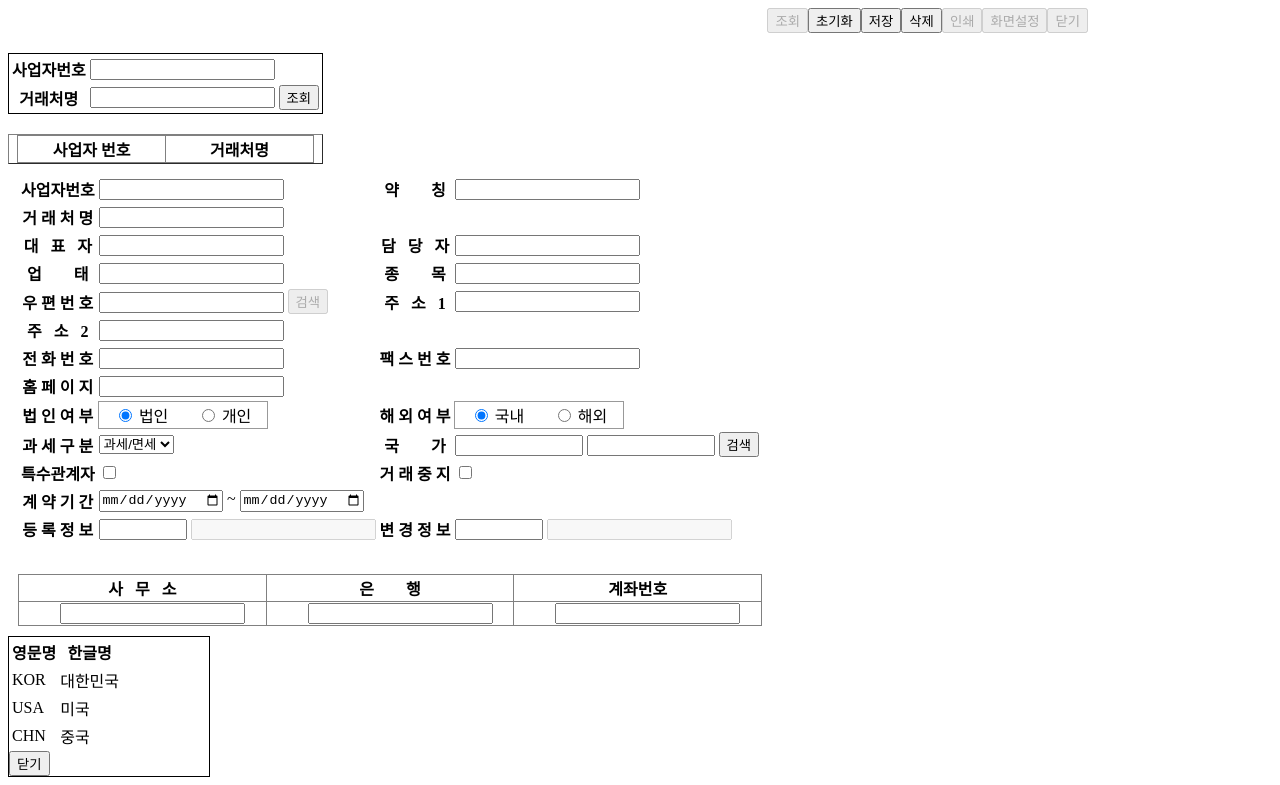
Repository: Chocobe/-practice-FrontSide-Tip
Page: http://localhost/wishTestProject/views/accountManager/accountManagerView.jsp
An editor plug-in stored every save of this project. The page is shown before and after the next save, followed by the edit.
The browser window is 1280 px wide. The pictures show the whole page.
The page is served by Tomcat 9. Nobody is signed in. The application's start-up code is not run. Other server files are loaded and not shown.

Above is the page before, as saved 2020-02-27 08:02:14.

### wishTest/wishTestProject/WebContent/views/accountManager/accountManagerView.jsp
<%@page import="java.util.Date"%>
<%@page import="java.io.File"%>
<%@ page
	language="java"
	contentType="text/html;charset=UTF-8"
	pageEncoding="UTF-8"

	info="거래처 관리 페이지"
%>

<%@ taglib prefix="c" uri="http://java.sun.com/jsp/jstl/core" %>

<c:set var="contextPath" value="<%= request.getContextPath() %>"/>


<%
	String accountManagerView_css = application.getRealPath("/css/accountManager/accountManagerView.css");
	File accountManagerView_css_file = new File(accountManagerView_css);
	Date accountManagerView_css_ver = new Date(accountManagerView_css_file.lastModified());

	String accountManagerView_js = application.getRealPath("/js/accountManager/accountManagerView.js");
	File accountManagerView_js_file = new File(accountManagerView_js);
	Date accountManagerView_js_ver = new Date(accountManagerView_js_file.lastModified());
%>

<c:set var="accountManagerView_css_ver" value="<%= accountManagerView_css_ver %>"/>
<c:set var="accountManagerView_js_ver" value="<%= accountManagerView_js_ver %>"/>


<!DOCTYPE html>
<html lang="ko">
    <head>
        <meta charset="UTF-8">
        <title>거래처 관리</title>

        <link href="${contextPath}/css/accountManager/accountManagerView.css?ver=${accountManagerView_css_ver}" rel="stylesheet" type="text/css">
    </head>

    <body>
        <div class="wrap">
            <!-- 버튼 컨테이너 -->
            <div class="buttonContainer">
                <input type="button" class="search" value="조회" disabled>
                <input type="button" class="init" value="초기화" onclick="initPage(`${contextPath}`);">
                <input type="button" class="insert" value="저장" onclick="insertData(`${contextPath}`);">
                <input type="button" class="delete" value="삭제" onclick="deleteData(`${contextPath}`);">
                <input type="button" class="print" value="인쇄" disabled>
                <input type="button" class="config" value="화면설정" disabled>
                <input type="button" class="close" value="닫기" disabled>
            </div>


            <!-- 검색 컨테이너 -->
            <div class="searchContainer">
                <!-- 검색창 -->
                <div class="searchInnerContainer">
                    <table>
                        <tr>
                            <th>사업자번호</th>

                            <td>
                                <input type="text" name="voBusiNum" class="searchVoBusiNum">
                            </td>

                            <td></td>
                        </tr>

                        <tr>
                            <th>거래처명</th>

                            <td>
                                <input type="text" name="voCustom" class="searchVoCustom">
                            </td>

                            <td>
                                <input type="submit" value="조회" onclick="searchData(`${contextPath}`);">
                            </td>
                        </tr>
                    </table>
                </div>


                <!-- 검색 결과창 -->
                <div class="resultContainer">
                    <table border="1" style="border-collapse: collapse">
                        <tr>
                            <th>사업자 번호</th>
                            <th>거래처명</th>
                        </tr>
                    </table>
                </div>
            </div>


            <!-- 입력 컨테이너 -->
            <!-- "저장"버튼 - js로 submit() -->
            <div class="insertContainer">
                <form class="insertForm" action="${contextPath}/insertCustom.do" method="POST">
                    <table>
                        <tr>
                            <th>사업자번호</th>

                            <td>
                                <input type="text" name="voBusiNum" class="voBusiNum">
                                <input type="hidden" name="voBusiNumOrigin" class="voBusiNumOrigin">
                            </td>


                            <th>약&nbsp;&nbsp;&nbsp;&nbsp;&nbsp;&nbsp;&nbsp;&nbsp;칭</th>

                            <td>
                                <input type="text" name="voShort" class="voShort">
                            </td>
                        </tr>

                        <tr>
                            <th>거 래 처 명</th>

                            <td colspan="4">
                                <input type="text" name="voCustom" class="voCustom longBox">
                            </td>
                        </tr>

                        <tr>
                            <th>대&nbsp;&nbsp;&nbsp;표&nbsp;&nbsp;&nbsp;자</th>

                            <td>
                                <input type="text" name="voCEO" class="voCEO">
                            </td>


                            <th>담&nbsp;&nbsp;&nbsp;당&nbsp;&nbsp;&nbsp;자</th>

                            <td>
                                <input type="text" name="voChargePerson" class="voChargePerson">
                            </td>
                        </tr>

                        <tr>
                            <th>업&nbsp;&nbsp;&nbsp;&nbsp;&nbsp;&nbsp;&nbsp;&nbsp;태</th>

                            <td>
                                <input type="text" name="voBusiCondition" class="voBusiCondition">
                            </td>


                            <th>종&nbsp;&nbsp;&nbsp;&nbsp;&nbsp;&nbsp;&nbsp;&nbsp;목</th>

                            <td>
                                <input type="text" name="voItem" class="voItem">
                            </td>
                        </tr>

                        <tr>
                            <th>우 편 번 호</th>

                            <td>
                                <input type="text" name="voPostNum" class="voPostNum">
                                <input type="button" class="postSearchButton" value="검색" disabled>
                            </td>

                            <th>주&nbsp;&nbsp;&nbsp;소&nbsp;&nbsp;&nbsp;1</th>

                            <td>
                                <input type="text" name="voAddr1" class="voAddr1">
                            </td>
                        </tr>

                        <tr>
                            <th>주&nbsp;&nbsp;&nbsp;소&nbsp;&nbsp;&nbsp;2</th>

                            <td colspan="3">
                                <input type="text" name="voAddr2" class="voAddr2">
                            </td>
                        </tr>

                        <tr>
                            <th>전 화 번 호</th>

                            <td>
                                <input type="text" name="voTEL" class="voTEL">
                            </td>

                            <th>팩 스 번 호</th>

                            <td>
                                <input type="text" name="voFAX" class="voFAX">
                            </td>
                        </tr>

                        <tr>
                            <th>홈 페 이 지</th>

                            <td colspan="3">
                                <input type="text" name="voHomePage" class="voHomePage">
                            </td>
                        </tr>

                        <tr>
                            <th>법 인 여 부</th>

                            <td class="alignTD" style="border: 1px solid #999;">
                                <div class="radioWrap">
                                    <input type="radio" name="voCoYN" class="voCoYN voCoYN_Y" id="voCoYN_L" value="Y" checked>
                                    <label for="voCoYN_L">법인</label>
                                </div>

                                <div class="radioWrap">
                                    <input type="radio" name="voCoYN" class="voCoYN voCoYN_N" id="voCoYN_P" value="N">
                                    <label for="voCoYN_P">개인</label>
                                </div>
                            </td>

                            <th>해 외 여 부</th>

                            <td class="alignTD" style="border: 1px solid #999;">
                                <div class="radioWrap">
                                    <input type="radio" name="voForeignYN" class="voForeignYN voForeignYN_N" id="voForeignYN_L" value="N" checked>
                                    <label for="voForeignYN_L">국내</label>
                                </div>

                                <div class="radioWrap">
                                    <input type="radio" name="voForeignYN" class="voForeignYN voForeignYN_Y" id="voForeignYN_P" value="Y">
                                    <label for="voForeignYN_P">해외</label>
                                </div>
                            </td>
                        </tr>

                        <tr>
                            <th>과 세 구 분</th>

                            <td>
                                <select name="voTaxYN" class="voTaxYN">
                                    <option value="Y" selected>과세/면세</option>
                                    <option value="N">비과세</option>
                                </select>
                            </td>

                            <th>국&nbsp;&nbsp;&nbsp;&nbsp;&nbsp;&nbsp;&nbsp;&nbsp;가</th>

                            <td>
                                <!-- 수정불가로 변경할 것 -->
                                <input type="text" name="voCountryENG" class="voCountryENG">
                                <input type="text" name="voCountryKOR" class="voCountryKOR">

                                <!-- js로 국가 목록 출력 & 위의 입력값에 대입 -->
                                <input type="button" value="검색" onclick="">
                            </td>
                        </tr>

                        <tr>
                            <th>특수관계자</th>

                            <td>
                                <input type="checkbox" name="voSpecialRelation" class="voSpecialRelation" value="Y">
                            </td>

                            <th>거 래 중 지</th>

                            <td>
                                <input type="checkbox" name="voTradeStop" class="voTradeStop" value="Y">
                            </td>
                        </tr>

                        <tr>
                            <th>계 약 기 간</th>

                            <td colspan="3">
                                <input type="date" name="voContractPeriod_S" class="voContractPeriod_S">
                                ~
                                <input type="date" name="voContractPeriod_E" class="voContractPeriod_E">
                            </td>
                        </tr>

                        <tr>
                            <th>등 록 정 보</th>

                            <td>
                                <input type="text" name="voRegiInfoMan" class="voRegiInfoMan">
                                <input type="text" name="voRegiInfoDate" class="voRegiInfoDate" disabled>
                            </td>

                            <th>변 경 정 보</th>

                            <td>
                                <input type="text" name="voModiInfoMan" class="voModiInfoMan">
                                <input type="text" name="voModiInfoDate" class="voModiInfoDate" disabled>
                            </td>
                        </tr>
                    </table>


                    <!-- 거래처 계좌정보 -->
                    <table class="accountInfoTable" border="1" style="border-collapse: collapse;">
                        <tr>
                            <th>사&nbsp;&nbsp;&nbsp;무&nbsp;&nbsp;&nbsp;소</th>
                            <th>은&nbsp;&nbsp;&nbsp;&nbsp;&nbsp;&nbsp;&nbsp;&nbsp;행</th>
                            <th>계좌번호</th>
                        </tr>

                        <tr>
                            <td>
                                <input type="text" name="voFactory" class="voFactory">
                            </td>

                            <td>
                                <input type="text" name="voTradeBank" class="voTradeBank">
                            </td>

                            <td>
                                <input type="text" name="voAccountNum" class="voAccountNum">
                            </td>
                        </tr>
                    </table>
                </form>
            </div>
        </div>



        <div class="countryPop">
            <table>
                <tr>
                    <th>영문명</th>
                    <th>한글명</th>
                </tr>

                <tr>
                    <td>KOR</td>
                    <td>대한민국</td>
                </tr>

                <tr>
                    <td>USA</td>
                    <td>미국</td>
                </tr>

                <tr>
                    <td>CHN</td>
                    <td>중국</td>
                </tr>
            </table>

            <input type="button" class="countryPopCloseButton" value="닫기" onclick="">
        </div>


        <script src="http://code.jquery.com/jquery-latest.min.js"></script>
        <script src="${contextPath}/js/accountManager/accountManagerView.js?ver=${accountManagerView_js_ver}" type="text/javascript"></script>
    </body>
</html>

### wishTest/wishTestProject/WebContent/css/accountManager/accountManagerView.css
@charset "UTF-8";

/* .wrap */
    .wrap {
        width: 1080px;

        display: flex;
        flex-flow: row wrap;

        position: relative;
    }


/* .buttonContainer */
    .buttonContainer {
        width: 100%;

        margin-bottom: 20px;

        display: flex;
        flex-flow: row wrap;
        justify-content: flex-end;
    }


/* .searchContainer */
    .searchContainer {
        margin-right: 10px;
        position: relative;
    }


    /* .searchInnerContainer */
    .searchContainer .searchInnerContainer {
        border: 1px solid #000;

        margin-bottom: 20px;
    }


    /* .resultContainer */
    .searchContainer .resultContainer {
    }

    .searchContainer .resultContainer table {
        display: flex;
        justify-content: center;
    }

    .searchContainer .resultContainer table tr th,
    .searchContainer .resultContainer table tr td {
        width: 145px;

        text-align: center;
    }



    .insertContainer .insertForm {
        padding: 10px;

        position: relative;
    }

    .insertContainer .insertForm tr .alignTD {
        width: 166px;

        display: flex;
        flex-flow: row wrap;
        justify-content: space-around;
    }

    .insertContainer .insertForm .voCountryENG,
    .insertContainer .insertForm .voCountryKOR {
        width: 120px;
    }


    /* .accountInfoTable */
    .accountInfoTable {
        width: 100%;

        margin-top: 30px;
    }

    .accountInfoTable tr td input {
        margin-left: 40px;
        text-align: center;
    }

    .voRegiInfoMan,
    .voModiInfoMan {
    	width: 80px;
    }


/* 국가선택 팝업 */
    .countryPop {
    	width: 200px;

    	border: 1px solid #000;

    	display: fixed;
    }

### wishTest/wishTestProject/WebContent/js/accountManager/accountManagerView.js
let parsedJSON = null;
let insertButtonURL;

const insertURL = "/insertAccountManagerData.do";
const updateURL = "/updateAccountManagerData.do";

// 초기화
$(function() {
	insertButtonURL = insertURL;
});


// 입력창 초기화
	function initPage(context) {
		location.href = context + "/accountManagerView.do";
	}


// 거래처 검색버튼 메서드
	function searchData(context) {
		const resultContainerTable = $(".resultContainer").children("table").children("tbody");

		const voBusiNum = $(".searchVoBusiNum").val();
		const voCustom = $(".searchVoCustom").val();

		$.ajax({
			type: "POST",
			async: true,
			url: context + "/searchAccountManagerData.do",
			dataType: "TEXT",
			data: {
				"voBusiNum": voBusiNum,
				"voCustom": voCustom
			},
			success: function(jsonString, status) {
				insertButtonURL = updateURL;

				parsedJSON = JSON.parse(jsonString);
				$(".searchCustomData").remove();

				if(parsedJSON == null) {
					alert("데이터를 찾을 수 없습니다.");
					return;
				}

				const tr = $("<tr>").attr({
					"class": "searchCustomData",
				});
				const newBusiNum = $("<td>").text(parsedJSON.customVO.voBusiNum);
				const newCustom = $("<td>").text(parsedJSON.customVO.voCustom);

				$(tr).dblclick(function() {
					viewTotalData();
					alert(insertButtonURL);
				});


				$(tr).append(newBusiNum);
				$(tr).append(newCustom);

				$(resultContainerTable).append(tr);

				/* 출력형식
	            <tr class="searchCustomData">
	                <td>111-11-11111</td>
	                <td>롯데마트</td>
	            </tr>
	            */
			}
		});
	}


	function viewTotalData() {
		/* CUSTOM 데이터 */
		$(".voBusiNum").val(parsedJSON.customVO.voBusiNum);
		$(".voBusiNumOrigin").val(parsedJSON.customVO.voBusiNum);
		$(".voCustom").val(parsedJSON.customVO.voCustom);
		$(".voShort").val(parsedJSON.customVO.voShort);

		$(".voCEO").val(parsedJSON.customVO.voCEO);
		$(".voChargePerson").val(parsedJSON.customVO.voChargePerson);
		$(".voBusiCondition").val(parsedJSON.customVO.voBusiCondition);
		$(".voItem").val(parsedJSON.customVO.voItem);
		$(".voPostNum").val(parsedJSON.customVO.voPostNum);

		$(".voAddr1").val(parsedJSON.customVO.voAddr1);
		$(".voAddr2").val(parsedJSON.customVO.voAddr2); // jj

		$(".voTEL").val(parsedJSON.customVO.voTEL);
		$(".voFAX").val(parsedJSON.customVO.voFAX);
		$(".voHomePage").val(parsedJSON.customVO.voHomePage);


		const voCoYN = parsedJSON.customVO.voCoYN;
		if(voCoYN == "N") {
			$(".voCoYN_N").prop("checked", true);
		}

		const voForeignYN = parsedJSON.customVO.voForeignYN;
		if(voForeignYN == "Y") {
			$(".voForeignYN_Y").prop("checked", true);
		}

		const voTaxYN = parsedJSON.customVO.voTaxYN;
		if(voTaxYN == "N") {
			$(".voTaxYN").val("N");
		}

		$(".voCountryENG").val(parsedJSON.customVO.voCountryENG);
		$(".voCountryKOR").val(parsedJSON.customVO.voCountryKOR);

		const voSpecialRelation = parsedJSON.customVO.voSpecialRelation;
		if(voSpecialRelation == "Y") {
			$(".voSpecialRelation").prop("checked", true);
		}

		const voTradeStop = parsedJSON.customVO.voTradeStop;
		if(voTradeStop == "Y") {
			$(".voTradeStop").prop("checked", true);
		}

		$(".voContractPeriod_S").val(parsedJSON.customVO.voContractPeriod_S_String);
		$(".voContractPeriod_E").val(parsedJSON.customVO.voContractPeriod_E_String);

		$(".voRegiInfoMan").val(parsedJSON.customVO.voRegiInfoMan);
		$(".voRegiInfoDate").val(parsedJSON.customVO.voRegiInfoDate_String);

		$(".voModiInfoMan").val(parsedJSON.customVO.voModiInfoMan);
		$(".voModiInfoDate").val(parsedJSON.customVO.voModiInfoDate_String);

		/* ACCOUNT 데이터 */
		$(".voFactory").val(parsedJSON.accountVO.voFactory);
		$(".voTradeBank").val(parsedJSON.accountVO.voTradeBank);
		$(".voAccountNum").val(parsedJSON.accountVO.voAccountNum);
	}


// 거래처 데이터 저장버튼 메서드
	function insertData(context) {
		$.ajax({
			type: "POST",
			async: true,
			url: context + insertButtonURL,
			dataType: "TEXT",
			data: {
				"voBusiNum": $(".voBusiNum").val(),
				"voBusiNumOrigin": $(".voBusiNumOrigin").val(),
				"voCustom": $(".voCustom").val(),
				"voShort": $(".voShort").val(),

				"voCEO": $(".voCEO").val(),
				"voChargePerson": $(".voChargePerson").val(),
				"voBusiCondition": $(".voBusiCondition").val(),
				"voItem": $(".voItem").val(),
				"voPostNum": $(".voPostNum").val(),

				"voAddr1": $(".voAddr1").val(),
				"voAddr2": $(".voAddr2").val(),

				"voTEL": $(".voTEL").val(),
				"voFAX": $(".voFAX").val(),
				"voHomePage": $(".voHomePage").val(),

				"voCoYN": $(".voCoYN:checked").val(),
				"voForeignYN": $(".voForeignYN:checked").val(),
				"voTaxYN": $(".voTaxYN").val(),

				"voCountryENG": $(".voCountryENG").val(),
				"voCountryKOR": $(".voCountryKOR").val(),

				"voSpecialRelation": $(".voSpecialRelation:checked").val(),
				"voTradeStop": $(".voTradeStop:checked").val(),

				"voContractPeriod_S": $(".voContractPeriod_S").val(),
				"voContractPeriod_E": $(".voContractPeriod_E").val(),

				"voRegiInfoMan": $(".voRegiInfoMan").val(),
				"voRegiInfoDate": $(".voRegiInfoDate").val(),
				"voModiInfoMan": $(".voModiInfoMan").val(),
				"voModiInfoDate": $(".voModiInfoDate").val(),

				"voFactory": $(".voFactory").val(),
				"voTradeBank": $(".voTradeBank").val(),
				"voAccountNum": $(".voAccountNum").val()
			},
			success: function(result, status) {
				if(result == 1) {
					alert("데이터 저장 완료");

				} else {
					alert("데이터 저장 실패...");
				}

				location.href = context + "/accountManagerView.do";
			}
		});
	}


// 거래처 데이터 삭제버튼 메서드
	function deleteData(context) {
		const voBusiNum = $(".voBusiNum").val();

		$.ajax({
			type: "POST",
			async: true,
			url: context + "/deleteAccountManagerData.do",
			dataType: "TEXT",
			data: {
				"voBusiNum": voBusiNum
			},
			success: function(resultValue, status) {
				if(resultValue > 0) {
					alert(voBusiNum + " 데이터가 삭제 되었습니다.");
					location.href = context + "/accountManagerView.do";

				} else {
					alert(voBusiNum + " (은)는 존재하지 않는 데이터 입니다.");
				}
			}
		});
	}

After the next save:
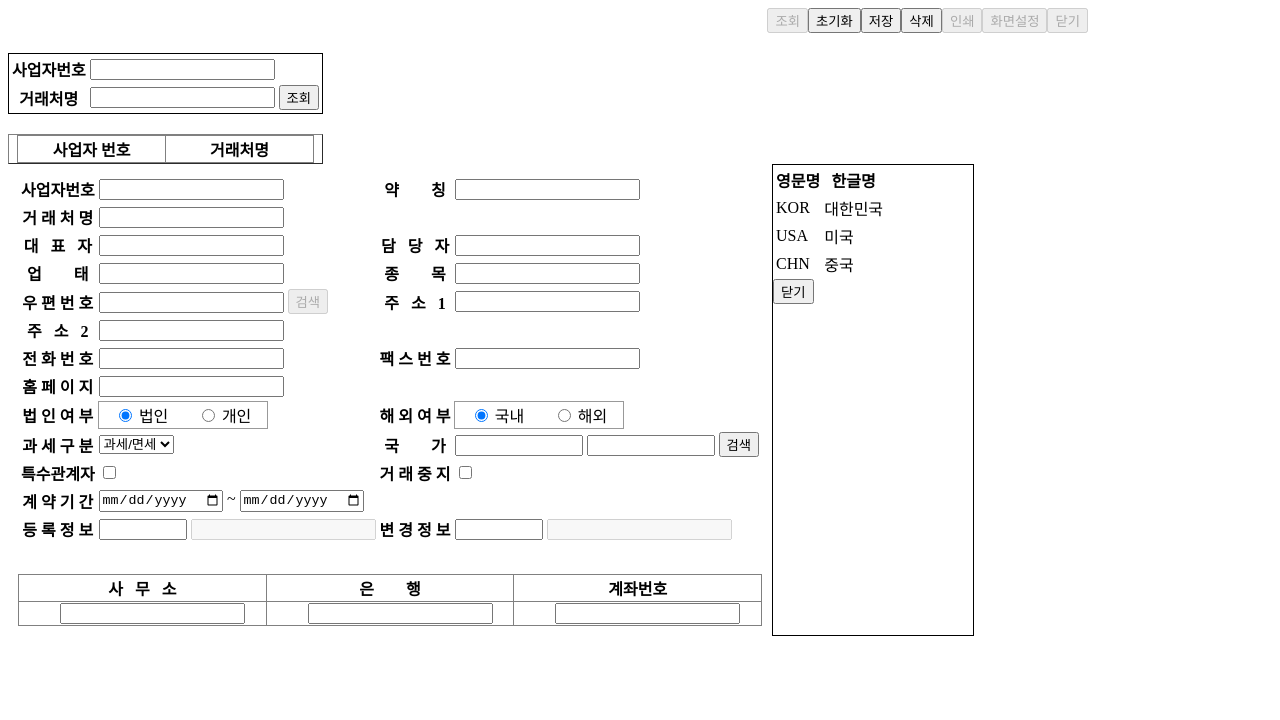
Saved 54 s later.
--- a/wishTest/wishTestProject/WebContent/views/accountManager/accountManagerView.jsp
+++ b/wishTest/wishTestProject/WebContent/views/accountManager/accountManagerView.jsp
@@ -314,36 +314,33 @@
                     </table>
                 </form>
             </div>
+
+            <div class="countryPop">
+	            <table>
+	                <tr>
+	                    <th>영문명</th>
+	                    <th>한글명</th>
+	                </tr>
+
+	                <tr>
+	                    <td>KOR</td>
+	                    <td>대한민국</td>
+	                </tr>
+
+	                <tr>
+	                    <td>USA</td>
+	                    <td>미국</td>
+	                </tr>
+
+	                <tr>
+	                    <td>CHN</td>
+	                    <td>중국</td>
+	                </tr>
+	            </table>
+
+	            <input type="button" class="countryPopCloseButton" value="닫기" onclick="">
+	        </div>
         </div>
-
-
-
-        <div class="countryPop">
-            <table>
-                <tr>
-                    <th>영문명</th>
-                    <th>한글명</th>
-                </tr>
-
-                <tr>
-                    <td>KOR</td>
-                    <td>대한민국</td>
-                </tr>
-
-                <tr>
-                    <td>USA</td>
-                    <td>미국</td>
-                </tr>
-
-                <tr>
-                    <td>CHN</td>
-                    <td>중국</td>
-                </tr>
-            </table>
-
-            <input type="button" class="countryPopCloseButton" value="닫기" onclick="">
-        </div>
-
 
         <script src="http://code.jquery.com/jquery-latest.min.js"></script>
         <script src="${contextPath}/js/accountManager/accountManagerView.js?ver=${accountManagerView_js_ver}" type="text/javascript"></script>
